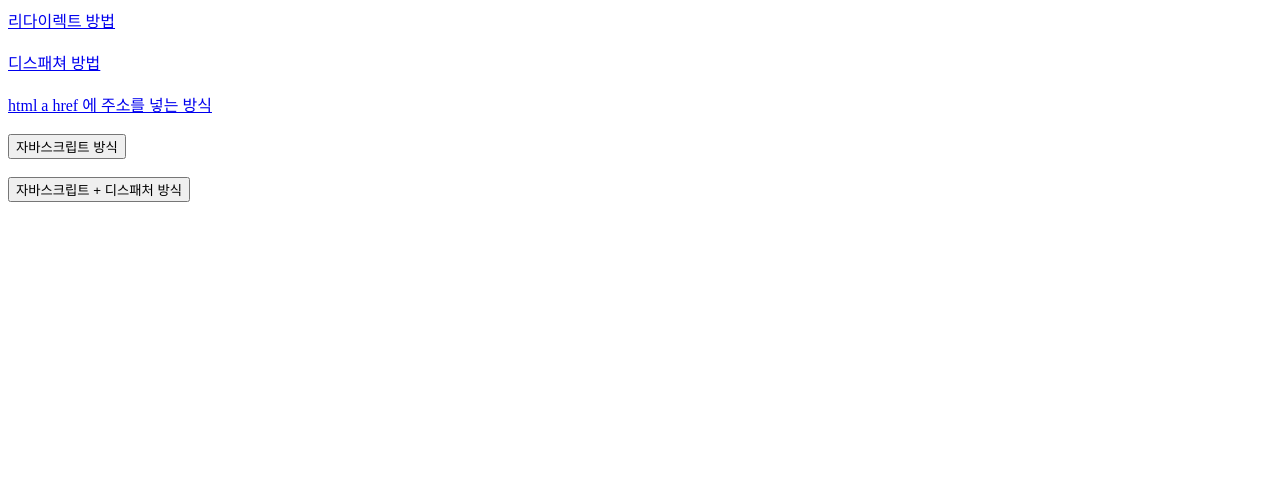
Repository: jaybon1/satstudy
Page: http://localhost/satBlog/index1.jsp
The author's editor kept a copy of each file at every save. The page is drawn from the files as they stood at one save, then again after the next save.
The browser window is 1280 px wide. The pictures show the whole page.
The page is served by Tomcat 9.

Above is the page before, as saved 2020-05-29 14:27:25.

### satBlog/WebContent/index1.jsp
<%@ page language="java" contentType="text/html; charset=UTF-8"
    pageEncoding="UTF-8"%>
<!DOCTYPE html>
<html>
<head>
<meta charset="UTF-8">
<title>Insert title here</title>

	<script>
		function move() {
			location.href="first.jsp";
		}

		function move1() {
			location.href="/satBlog/test?cmd=di";
		}
	</script>

</head>
<body>



	<a href="/satBlog/test?cmd=re">리다이렉트 방법</a>

	<br/>
	<br/>

	<a href="/satBlog/test?cmd=di">디스패쳐 방법</a>

	<br/>
	<br/>

	<a href="first.jsp">html a href 에 주소를 넣는 방식</a>

	<br/>
	<br/>

	<input type="button" onclick="move()" value="자바스크립트 방식">

	<br/>
	<br/>

	<input type="button" onclick="move1()" value="자바스크립트 + 디스패처 방식">

</body>
</html>

After the next save:
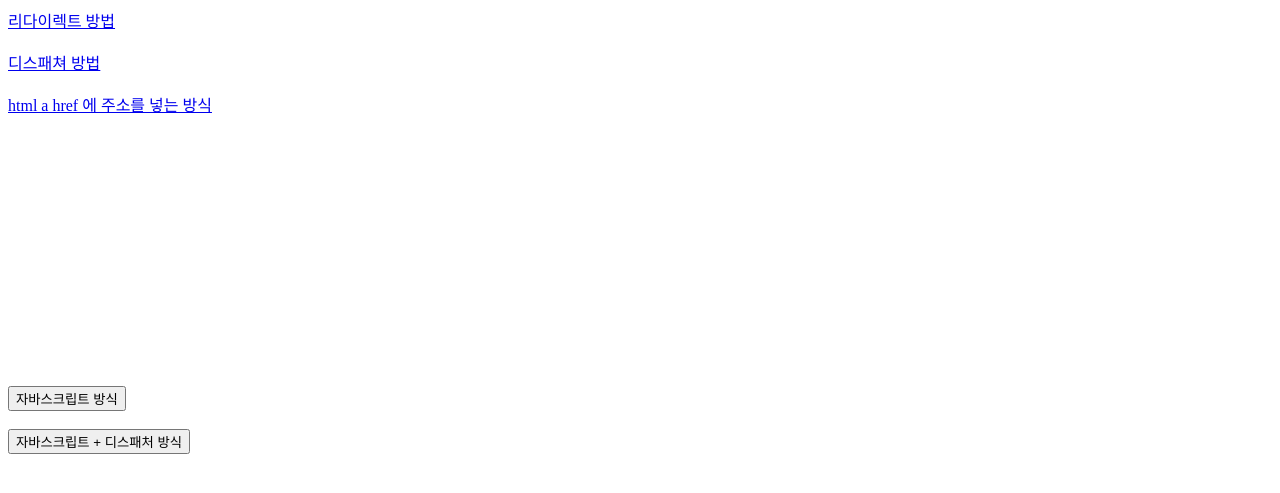
Saved 29 s later.
--- a/satBlog/WebContent/index1.jsp
+++ b/satBlog/WebContent/index1.jsp
@@ -35,6 +35,21 @@
 
 	<br/>
 	<br/>
+		<br/>
+	<br/>
+		<br/>
+	<br/>
+		<br/>
+	<br/>
+		<br/>
+	<br/>
+		<br/>
+	<br/>
+		<br/>
+	<br/>
+		<br/>
+	<br/>
+
 
 	<input type="button" onclick="move()" value="자바스크립트 방식">
 
